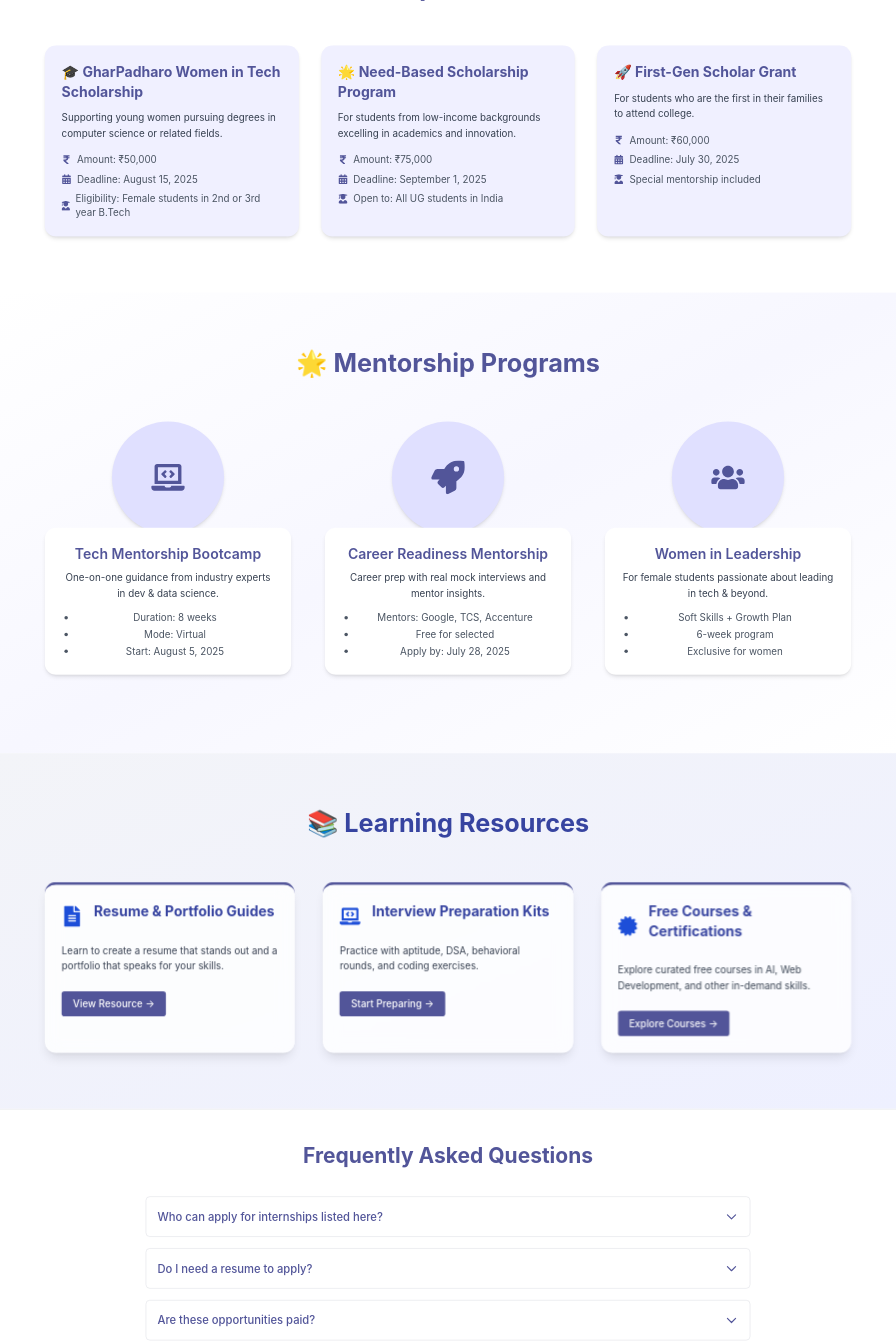
Repository: Siddharthkothiyal/GharPadhaaroCareerWebsite
Page: /#/students
The author's editor kept a copy of each file at every save. The page is drawn from the files as they stood at one save, then again after the next save.
The browser window is 1280 px wide. The pictures show the part of the page from y = 4580 to 6500 px (the page is 6691 px tall before and 6771 px after), at 70% of full size.
The project was rebuilt for these pictures with package versions that can differ from the ones it lists, and the page was loaded fresh each time. Also part of the build but not shown: src/components/CareerPortal/JobListing/JobListings.css, src/components/CareerPortal/JobListing/JobListings.js, src/components/CareerPortal/Header.css, src/components/CareerPortal/ResumeUpload.css, src/components/CareerPortal/ResumeUpload.js, src/components/CareerPortal/Header.js, src/components/CareerPortal/JobListing/JobSearch.css, src/components/CareerPortal/JobListing/JobSearch.js and 10 more.

Above is the page before, as saved 2025-06-22 08:01:57.

After the next save:
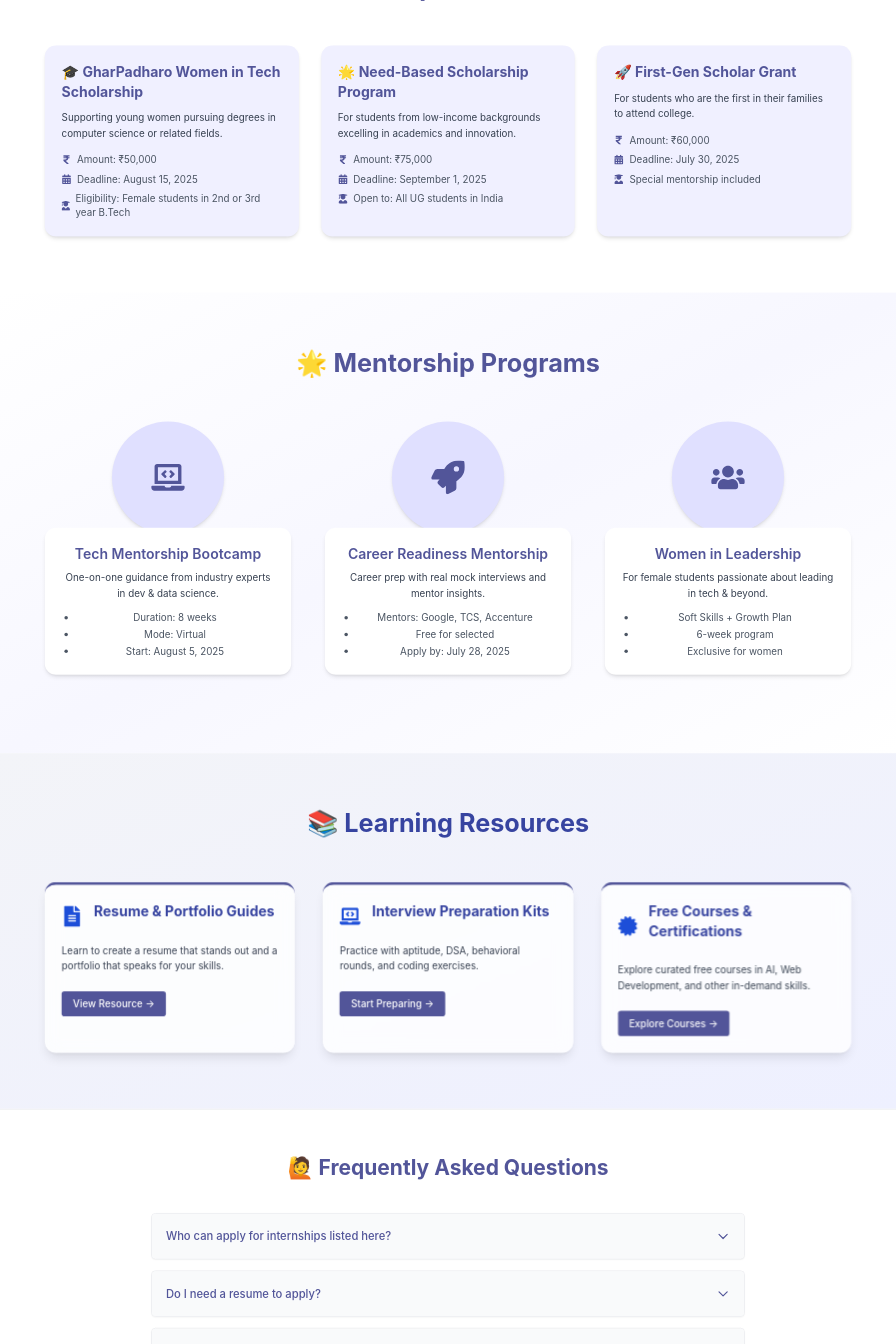
Saved 45 s later.
--- a/src/components/CareerPortal/StudentsPage/sections/FAQs.js
+++ b/src/components/CareerPortal/StudentsPage/sections/FAQs.js
@@ -36,18 +36,21 @@ const FAQs = () => {
   };
 
   return (
-    <section className="py-12 bg-white border-t">
-      <div className="max-w-4xl mx-auto px-4">
-        <h2 className="text-3xl font-bold text-center text-[#525599] mb-10">
-          Frequently Asked Questions
+    <section className="py-16 bg-white border-t border-gray-200">
+      <div className="max-w-4xl mx-auto px-4 sm:px-6">
+        <h2 className="text-3xl font-bold text-center text-[#525599] mb-12">
+          🙋 Frequently Asked Questions
         </h2>
 
         <div className="space-y-4">
           {faqsData.map((faq, index) => (
-            <div key={index} className="border border-gray-200 rounded-md">
+            <div
+              key={index}
+              className="border border-gray-200 rounded-md overflow-hidden shadow-sm"
+            >
               <button
                 onClick={() => toggleFAQ(index)}
-                className="w-full flex justify-between items-center p-4 text-left text-[#525599] font-medium focus:outline-none"
+                className="w-full flex justify-between items-center p-5 bg-gray-50 text-left text-[#525599] font-medium focus:outline-none hover:bg-gray-100 transition"
               >
                 <span>{faq.question}</span>
                 <svg
@@ -62,9 +65,13 @@ const FAQs = () => {
                   <path strokeLinecap="round" strokeLinejoin="round" d="M19 9l-7 7-7-7" />
                 </svg>
               </button>
-              {activeIndex === index && (
-                <div className="p-4 border-t text-gray-700 bg-gray-50">{faq.answer}</div>
-              )}
+              <div
+                className={`transition-all duration-300 ease-in-out overflow-hidden ${
+                  activeIndex === index ? "max-h-[500px] p-5 bg-white text-gray-700" : "max-h-0"
+                }`}
+              >
+                <p className="text-sm leading-relaxed">{faq.answer}</p>
+              </div>
             </div>
           ))}
         </div>
